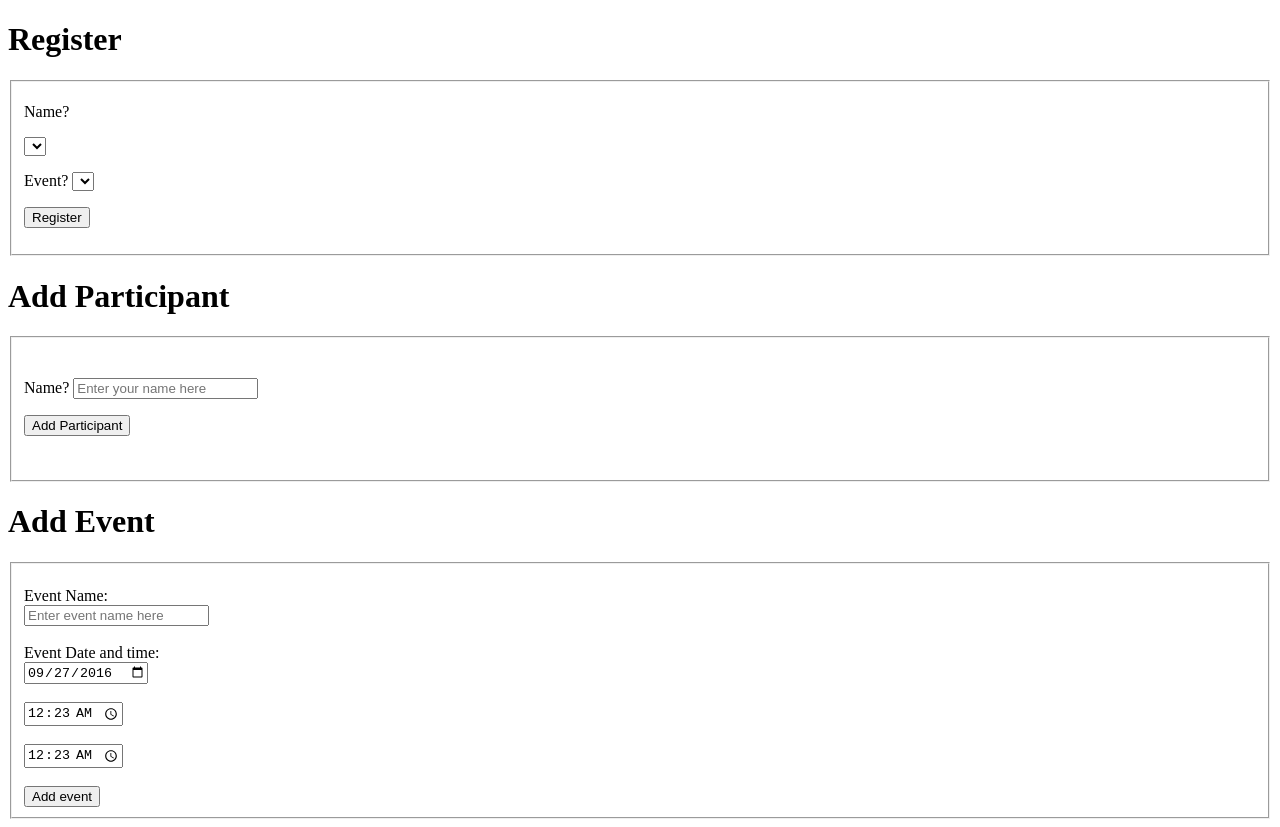
Repository: erickzhao/Event-Registration-Application
Page: http://localhost/
The author's editor kept a copy of each file at every save. The page is drawn from the files as they stood at one save, then again after the next save.
The browser window is 1280 px wide. The pictures show the whole page.
The page is run by PHP 8.4 with error messages shown; the project is at /var/www/html/.

Above is the page before, as saved 2016-09-28 05:13:22.

After the next save:
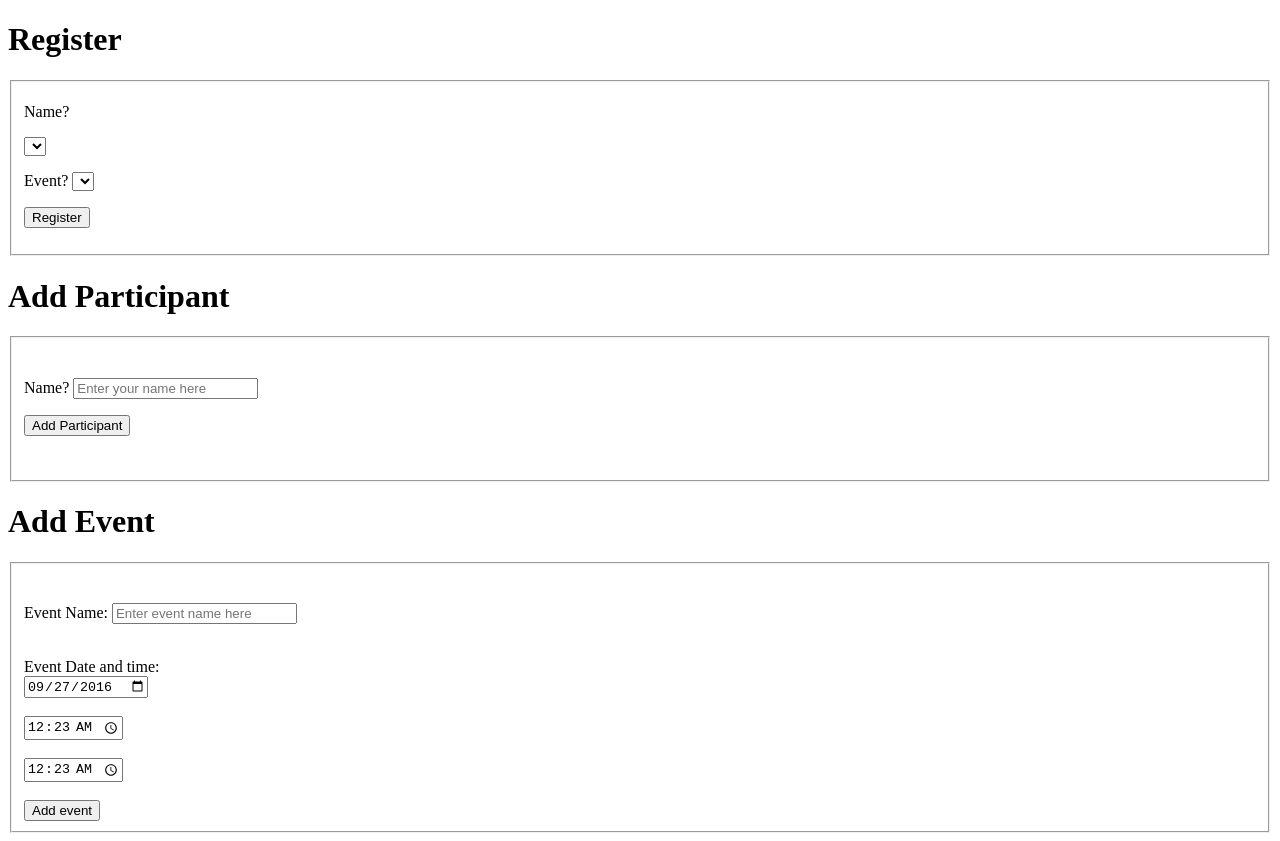
Saved 56 s later.
--- a/workspace-web/EventRegistration/EventRegistration/index.php
+++ b/workspace-web/EventRegistration/EventRegistration/index.php
@@ -66,15 +66,14 @@
 		<form action = "addevent.php" method="post">
 			<fieldset>
 			<br>
-			Event Name:<br>
-			<input type="text" name="event_name" placeholder="Enter event name here"/><br>
+			<p> Event Name: <input type="text" name="event_name" placeholder="Enter event name here"/><br>
 			<span class="error">
 			<?php
 			if (isset($_SESSION['errorEventName']) && !empty($_SESSION['errorEventName'])){
 				echo " * " . $_SESSION["errorEventName"];
 			}
 			?>
-			</span>
+			</span></p>
 			<br>
 			Event Date and time:<br>
 			<input type="date" name="event_date" value="<?php echo date('Y-m-d'); ?>" /><br>
